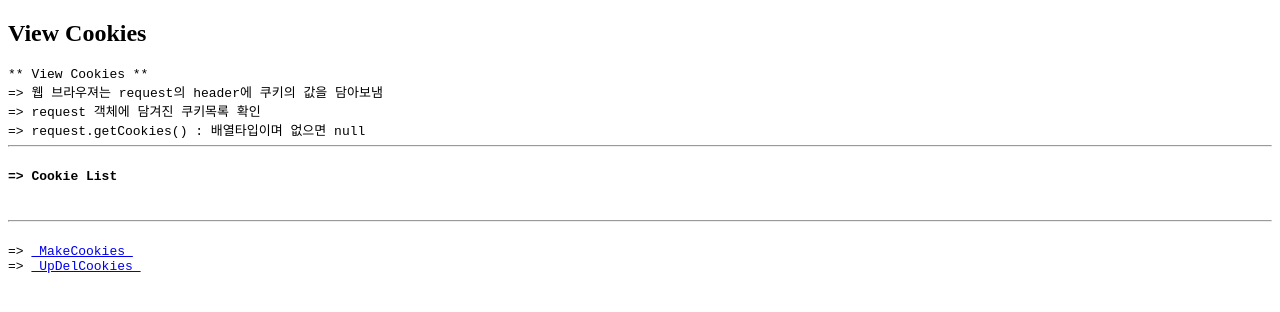
Repository: nameground/Java
Page: http://localhost/Web01/jsp03_Cookie/ex01_ViewCookies.jsp
The author's editor kept a copy of each file at every save. The page is drawn from the files as they stood at one save, then again after a run of saves.
The browser window is 1280 px wide. The pictures show the whole page.
The page is served by Tomcat 9. Nobody is signed in. The application's start-up code is not run. Other server files are loaded and not shown.

Above is the page before, as saved 2023-10-13 01:07:54.

### mTest/Mywork/Web01/src/main/webapp/jsp03_Cookie/ex01_ViewCookies.jsp
<%@ page language="java" contentType="text/html; charset=UTF-8"
    pageEncoding="UTF-8"%>
<!DOCTYPE html>
<html>
<head>
<meta charset="UTF-8">
<title>View Cookies</title>
</head>
<body>
<h2>View Cookies</h2>
<pre>
** View Cookies **
=> 웹 브라우져는 request의 header에 쿠키의 값을 담아보냄
=> request 객체에 담겨진 쿠키목록 확인
=> request.getCookies() : 배열타입이며 없으면 null
<hr><b>
=> Cookie List


</b><hr>
=> <a href ="ex02_makeCookies.jsp"> MakeCookies </a>
=> <a href ="ex03_upDelCookies.jsp"> UpDelCookies </a>


</pre>
</body>
</html>

After the next 2 saves:
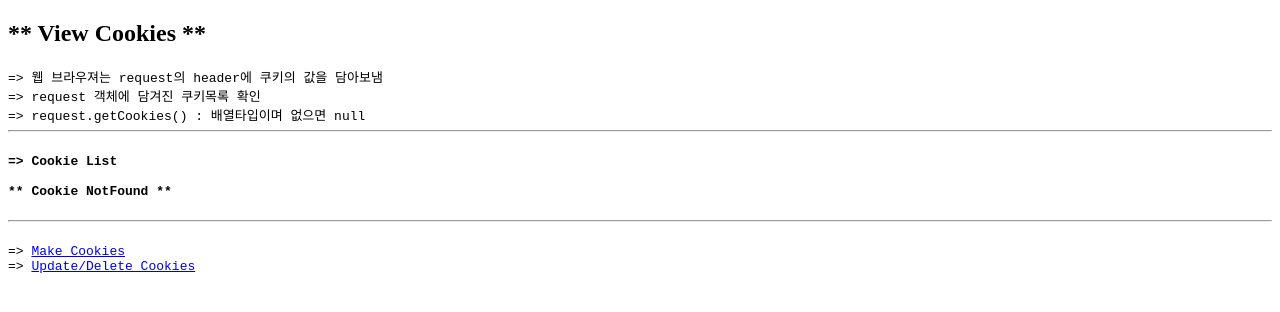
The 2 saves are shown as one change because 1 did not build or start.
The last was saved 8 min 48 s later.
--- a/mTest/Mywork/Web01/src/main/webapp/jsp03_Cookie/ex01_ViewCookies.jsp
+++ b/mTest/Mywork/Web01/src/main/webapp/jsp03_Cookie/ex01_ViewCookies.jsp
@@ -4,24 +4,31 @@
 <html>
 <head>
 <meta charset="UTF-8">
-<title>View Cookies</title>
+<title>** view Cookies **</title>
 </head>
 <body>
-<h2>View Cookies</h2>
+<h2>** View Cookies **</h2>
 <pre>
-** View Cookies **
 => 웹 브라우져는 request의 header에 쿠키의 값을 담아보냄
 => request 객체에 담겨진 쿠키목록 확인
 => request.getCookies() : 배열타입이며 없으면 null
 <hr><b>
 => Cookie List
-
+<%
+   Cookie[] ck = request.getCookies();
+   if(ck!=null && ck.length>0){
+      for(Cookie c : ck){
+         out.print("<br/>Name : "+c.getName());
+         out.print(", Value : "+c.getValue());
+      }
+   }else{
+      out.print("<br/>** Cookie NotFound **");
+   }
+%>
 
 </b><hr>
-=> <a href ="ex02_makeCookies.jsp"> MakeCookies </a>
-=> <a href ="ex03_upDelCookies.jsp"> UpDelCookies </a>
-
-
+=> <a href="ex02_mokeCookies.jsp">Make Cookies</a>
+=> <a href="ex02_upDelCookies.jsp">Update/Delete Cookies</a>
 </pre>
 </body>
 </html>
